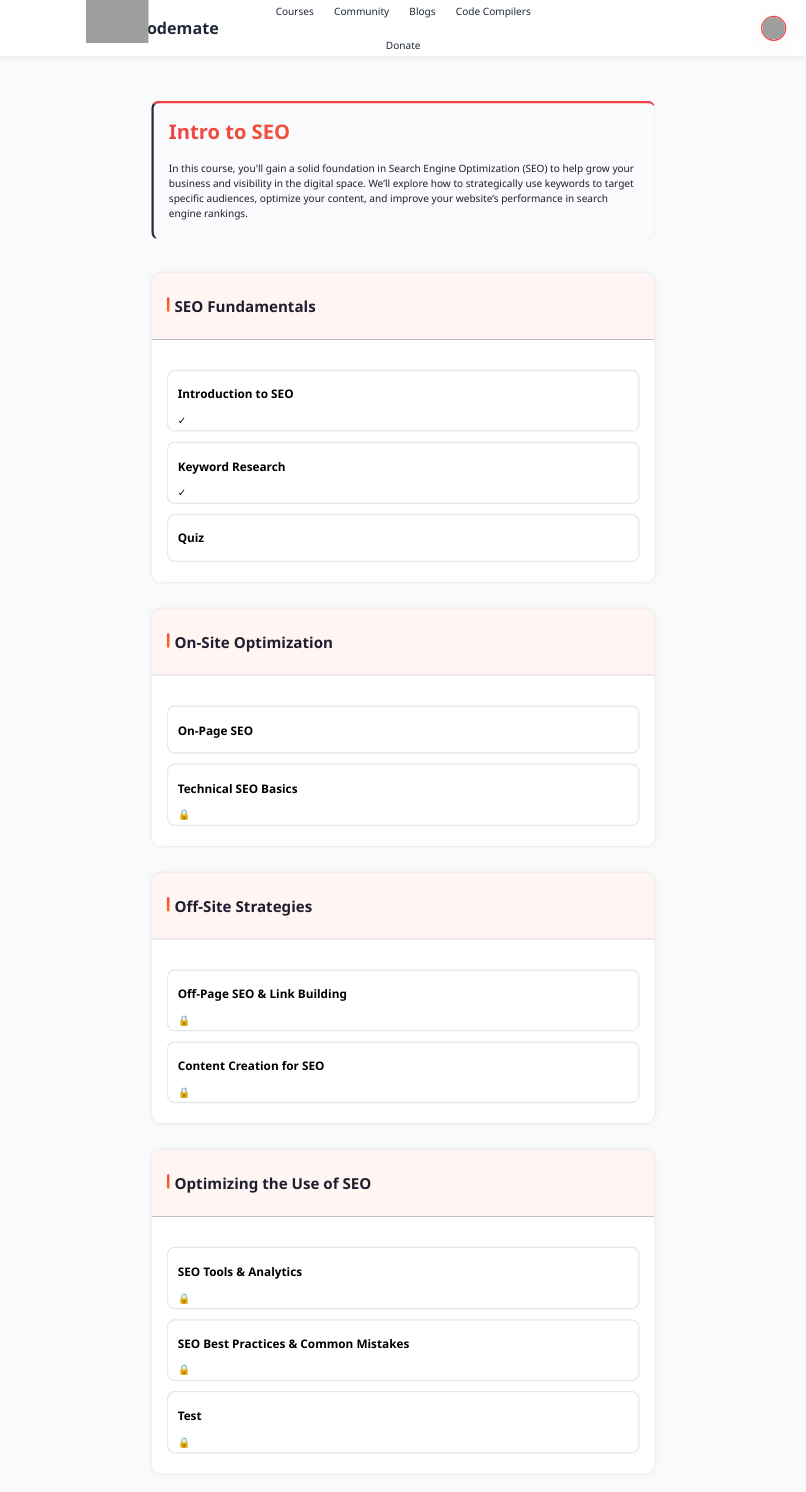
Repository: Duskofnight/code-website
Page: intro-to-seo.html
These files come from the project's save history. The page is drawn as it stood at one moment and after the next save; the edit follows.
The browser window is 1280 px wide. The pictures show the whole page, at 63% of full size.
Pictures or frames that could not be fetched are drawn as grey boxes.

Above is the page before, as saved 2025-08-12 19:05:17.

### intro-to-seo.html
<!DOCTYPE html>
    <head>
        <meta charset="UTF-8">
        <meta lang="en">
        <meta name="viewport" content="width=device-width, initial-scale=1.0">
        <title>Intro to SEO</title>
        <link rel="stylesheet" href="/intro-to-seo.css">
    </head>
    <body>
        <header class="header">

            <div class="landing-page-container-codemate-logo">
            <a href="home-page.html" class="logo-link">
                <img src="https://raw.githubusercontent.com/Duskofnight/codemate-assets/refs/heads/main/codemate-nologo-transparent-red.png" class="landing-page-codemate-logo" alt="Codemate Logo">
                <h2>codemate</h2>
            </a>
            </div>

            <nav class="navbar">
            <a href="courses-page.html" class="nav-link">Courses</a>
            <a href="community.html" class="nav-link">Community</a>
            <a href="blogs-page.html" class="nav-link">Blogs</a>
            <a href="code-compilers.html" class="nav-link">Code Compilers</a>
            <a href="donate.html" class="nav-link">Donate</a>
            </nav>

            <div class="header-profile">
                <img src="https://images.pexels.com/photos/414612/pexels-photo-414612.jpeg?cs=srgb&dl=pexels-souvenirpixels-414612.jpg&fm=jpg" class="header-profile-pic" id="header-profile-pic">
                <div class="dropdown" id="dropdownMenu">

                <a href="#"><i class="fas fa-user"></i>Profile</a>
                <a href="#"><i class="fas fa-cog"></i> Settings</a>
                <a href="#"><i class="fas fa-question-circle"></i> Help</a>
                <a onclick="logout()"><i class="fas fa-sign-out-alt"></i> Log Out</a>
            </div>
            </div>

            <div class="topnav">
            <div id="myLinks">
                <a href="courses-page.html" class="nav-link"><h4>Courses</h4></a>
                <a href="community.html" class="nav-link"><h4>Community</h4></a>
                <a href="blogs-page.html" class="nav-link"><h4>Blogs</h4></a>
                <a href="code-compilers" class="nav-link"><h4>Code Compilers</h4></a>
                <a href="account" class="nav-link"><h4>Account</h4></a>
            </div>
            <div class="menu-icon" onclick="myFunction()">
                <span class="bar1"></span>
                <span class="bar2"></span>
                <span class="bar3"></span>
            </div>
            </div>

        </header>


        <div class="lesson-head">
            <h1 class="intro-title">Intro to SEO</h1>
            <p id="lesson-head-description">In this course, you'll gain a solid foundation in Search Engine Optimization (SEO) to help grow your business and visibility in the digital space. We’ll explore how to strategically use keywords to target specific audiences, optimize your content, and improve your website’s performance in search engine rankings.</p>
        </div>

        <section class="course-container">
        <div class="course-box">
            <div class="course-box-header">
                <h2>SEO Fundamentals</h2>
            </div>
            <a href="./intro-to-seo/seo-introduction.html">
                <div class="lesson introduction">
                    <h3>Introduction to SEO</h3>
                </div>
            </a>
            <a href="./intro-to-seo/keyword-research.html">
            <div class="lesson keyword">
                <h3>Keyword Research</h3>
            </div>
            </a>
            <a href="./intro-to-seo/seo-quiz.html">
            <div class="quiz">
                <h3>Quiz</h3>
            </div>
            </a>
        </div>

        <div class="course-box">
            <div class="course-box-header">
                <h2>On-Site Optimization</h2>
            </div>
            <div class="lesson on-page">
                <a href="./intro-to-seo/on-page-seo.html">
                <h3>On-Page SEO</h3>
            </div>
            </a>
            <a href="./intro-to-seo/technical-seo.html">
            <div class="lesson technical">
                <h3>Technical SEO Basics</h3>
            </div>
            </a>
        </div>
        <div class="course-box">
            <div class="course-box-header">
                <h2>Off-Site Strategies</h2>
            </div>
            <a href="./intro-to-seo/off-page.html">
            <div class="lesson off-page">
                <h3>Off-Page SEO & Link Building</h3>
            </div>
            </a>
            <a href="./intro-to-seo/content-creation-seo.html">
            <div class="lesson content-creation">
                <h3>Content Creation for SEO</h3>
            </div>
            </a>
        </div>
        <div class="course-box">
            <div class="course-box-header">
                <h2>Optimizing the Use of SEO</h2>
            </div>
            <a href="./intro-to-seo/seo-tools-and-analytics.html">
            <div class="lesson tools">
                <h3>SEO Tools & Analytics</h3>
            </div>
            </a>
            <a href="./intro-to-seo/seo-best-practices.html">
            <div class="lesson best-practices">
                <h3>SEO Best Practices & Common Mistakes</h3>
            </div>
            </a>
            <a href="./intro-to-seo/seo-test">
            <div class="test                                                                                                                                                                                                                                ">
                <h3>Test</h3>
            </div>
            </a>
        </div>
        </section>



        <script src="/intro-to-seo.js"></script>
    </body>
</html>

### intro-to-seo.css
:root {
  --primary: #F9F9FA;
  --accent: #f53333;
  --text: #1E1E2F;
  --secondary: #2C2C3E;

  --primary-bg: #fefefe;
  --secondary-bg: #ffffff;
  --tertiary-bg: #f8f9fa;
  --card-bg: rgba(255, 255, 255, 0.95);
  --glass-bg: rgba(255, 255, 255, 0.8);
  --accent-primary: #ef4444;
  --accent-secondary: #dc2626;
  --accent-tertiary: #b91c1c;
  --accent-coral: #f97316;
  --accent-pink: #ec4899;
  --text-primary: #1f2937;
  --text-secondary: #6b7280;
  --text-muted: #9ca3af;
  --border-primary: rgba(239, 68, 68, 0.15);
  --border-secondary: rgba(0, 0, 0, 0.06);


  --gradient-primary: linear-gradient(135deg, var(--accent-primary), var(--accent-coral));
  --gradient-secondary: linear-gradient(135deg, var(--accent-secondary), var(--accent-pink));
  --gradient-bg: linear-gradient(135deg, var(--primary-bg), var(--secondary-bg));
  --gradient-card: linear-gradient(135deg, rgba(255, 255, 255, 1), rgba(248, 249, 250, 1));


  --shadow-primary: 0 8px 32px rgba(239, 68, 68, 0.08);
  --shadow-secondary: 0 8px 32px rgba(220, 38, 38, 0.08);
  --shadow-card: 0 16px 40px rgba(0, 0, 0, 0.04);
  --shadow-glow: 0 0 20px rgba(239, 68, 68, 0.15);


  --transition-fast: 0.2s cubic-bezier(0.4, 0, 0.2, 1);
  --transition-smooth: 0.3s cubic-bezier(0.4, 0, 0.2, 1);
  --transition-bounce: 0.4s cubic-bezier(0.175, 0.885, 0.32, 1.275);
}



*,
*::before,
*::after {
  box-sizing: border-box;
}

body {
  font-family: 'Segoe UI', sans-serif;
  background: #F8FAFC;
  color: var(--text);
  padding: 0 1.5rem;

}



.header {
  position: fixed;
  top: 0;
  left: 0;
  width: 100%;
  background: #ffffff;
  color: var(--text-primary);
  border-bottom: 1px solid var(--border-secondary);
  box-shadow: 0 2px 10px rgba(0, 0, 0, 0.08);
  z-index: 1000;
  padding: 0 2rem;
  display: flex;
  justify-content: space-between;
  box-sizing: border-box;
  align-items: center;
  height: 90px;
}

.landing-page-container-codemate-logo a {
  display: flex;
  align-items: center;
  flex: 1;
  text-decoration: none;
  color: inherit;
  pointer-events: none;
}

.landing-page-container-codemate-logo a img,
.landing-page-container-codemate-logo a h2 {
  pointer-events: auto;
}

.landing-page-container-codemate-logo,
.navbar {
  flex: 1;
  display: flex;
  align-items: center;
  justify-content: center;
}


.landing-page-codemate-logo {
  height: 100px;
  width: 100px;
  object-fit: contain;
  margin-left: 6.5em;
  position: relative;
  bottom: 0.8rem;
  margin-right: -1rem;
}



.landing-page-container-codemate-logo h2 {
  font-size: 1.6rem;
  margin: 0;
  position: static;
  white-space: nowrap;
  color: var(--text-primary)
}

.navbar {
  gap: 2rem;
  flex-wrap: wrap;
  color: var(--text-primary)
}

.nav-link {
  text-decoration: none;
  color: inherit;
}

.nav-link:hover, .header .login-button:hover {
  color: var(--accent);
}

.header-profile {
  flex: 1;
  display: flex;
  justify-content: flex-end;
}

.header-profile-pic {
  border-radius: 50%;
  width: 40px;
  height: 40px;
  display: block;
  border: 2px solid var(--accent-primary);
  box-shadow: var(--shadow-primary);
  transition: var(--transition-smooth);
  cursor: pointer;
}


.dropdown {
  position: absolute;
  top: 80px;
  right: 1rem;
  background: #fff;
  border-radius: 10px;
  box-shadow: 0 6px 12px rgba(0,0,0,0.1);
  width: 220px;
  display: none;
  z-index: 999;
  padding: 0.8rem 0.5rem;
}

.dropdown.show {
  display: block;
}



.dropdown a {
  display: flex;
  align-items: center;
  padding: 0.8rem 1rem;
  text-decoration: none;
  color: #333;
  transition: background 0.2s;
  cursor: pointer;
}

.dropdown a:hover {
  background: #f0f0f0;
}

.dropdown a i {
  margin-right: 10px;
  color: #666;
}


.topnav {
  display: none;
  cursor: pointer;
}


.intro-title {
  font-size: 2rem;
  background: var(--gradient-primary);
  -webkit-background-clip: text;
  -webkit-text-fill-color: transparent;
  background-clip: text;
  font-weight: 800;

}

.lesson-head {
  text-align: left;
  margin: 0 auto;
  margin-top: 10rem;
  border: 1px solid var(--border-secondary);
  border-top: 4px solid var(--accent-primary);
  border-left: 4px solid var(--secondary);
  border-radius: 12px;
  max-width: 800px;
  padding: 1.5rem;
  padding-top: 0;
  padding-bottom: 12px;
  line-height: 1.5;
  margin-bottom: 1.5rem;
}

.lesson-head-description {
  color: #1E1E2F;
}









.course-container {
  display: flex;
  flex-direction: column;
  max-width: 800px;
  width: 100%;
  margin: 0 auto;
  margin-top: 2rem;
}

.course-box {
  margin: 1.25rem 0;
  background: white;
  border-radius: 16px;
  box-shadow: var(--shadow-md);
  border: 1px solid #e2e8f0;
  overflow: hidden;
  transition: var(--transition);
  width: 100%;
  max-width: 800px;
  padding: 1rem 1.5rem;
  box-shadow: 0 0 10px rgba(0,0,0,0.05);
  animation: slideUp 0.6s ease-out;
  transition: var(--transition-smooth);
}

.course-box:hover {
  transform: translateY(-4px);
  box-shadow: 0 20px 60px rgba(239, 68, 68, 0.06);
}

div > h2::before {
  content: '';
  width: 4px;
  height: 23px;
  background: var(--gradient-primary);
  border-radius: 2px;
  display: inline-block;
  margin-right: 0.5rem;

}


.course-box-header {
  background: rgba(255, 68, 0, 0.05);
  border-bottom: 1px solid #1E1E2F;
  border-top-left-radius: 16px;
  border-top-right-radius: 16px;
  margin: -1rem -1.5rem 3rem -1.5rem;
  padding: 1rem 1.5rem;

}



.quiz, .test, .lesson {
  display: flex;
  flex-wrap: wrap;
  flex-direction: column;
  border: 2px solid #e2e8f0;
  background-color: white;
  margin: 0 auto;
  margin-bottom: 1rem;
  margin-top: 1rem;
  max-width: 900px;
  padding: 5px;
  padding-left: 15px;
  text-align: left;
  border-radius: 12px;
  animation: slideUp 0.4s ease-out;
  transition: var(--transition-smooth);
}

.lesson:hover, .quiz:hover, .test:hover {
  background: rgba(255, 68, 0, 0.05);
  box-shadow: var(--shadow-md);
  transform: translateX(4px);
  border-color: var(--accent-coral);
}

.lesson:hover::before, .quiz:hover::before, .test:hover::before {
  transform: scaleY(1);
}

.lesson:hover h3, .quiz:hover h3, .test:hover h3 {
  color: var(--accent-coral);
}


a {
  text-decoration: none;
  color: black;
}








@media (max-width: 1070px) and (min-width: 500px) {
  .navbar,
  .buttons, .header-profile {
    display: none;
  }

  .topnav {
    display: flex;
    flex-direction: column;
    align-items: flex-end;
    position: relative;
    z-index: 1000;
    width: 100%;
  }




  #myLinks {
    display: flex;
    position: fixed;
    top: 89px;
    left: 0;
    background-color: var(--primary);
    width: 100vw;
    height: 0;
    overflow: hidden;
    overflow-y: auto;
    z-index: 999;
    -webkit-overflow-scrolling: touch;
    box-sizing: border-box;
    transition: height 0.4s ease;
    display: flex;
    flex-direction: column;
    align-items: left;
    pointer-events: none;
  }



  #myLinks a {
    display: block;
    padding-left: 10px;
    color: var(--text);
    text-decoration: none;
    text-align: left;
    font-size: 1.75rem;
    opacity: 0;
    transform: translateY(20px);
    transition: opacity 0.4s ease, transform 0.4s ease;
  }



#myLinks.show {

  height: calc(100vh - 60px);

  pointer-events: auto;
}


#myLinks.show a {

  opacity: 1;
  transform: translateY(0);
}


.menu-icon {
  width: 30px;
  height: 22px;
  position: relative;
  cursor: pointer;
  display: inline-block;
  padding: 15px;
  color: white;
  margin-right: 30px;
  margin: 10px 30px 0 0;
}

.menu-icon span {
  background-color: black;
  display: block;
  position: absolute;
  height: 4px;
  width: 100%;
  border-radius: 2px;
  opacity: 1;
  left: 0;
  transition: all 0.3s ease;
}

.menu-icon .bar1 {
  top: 0;
}

.menu-icon .bar2 {
  top: 9px;
}

.menu-icon .bar3 {
  top: 18px;
}

.menu-icon.active .bar1 {
  transform: rotate(45deg);
  top: 9px;
}

.menu-icon.active .bar2 {
  opacity: 0;
}

.menu-icon.active .bar3 {
  transform: rotate(-45deg);
  top: 9px;
}

#myLinks.show a:nth-child(1) { transition-delay: 0.1s; }
#myLinks.show a:nth-child(2) { transition-delay: 0.2s; }
#myLinks.show a:nth-child(3) { transition-delay: 0.3s; }



  .topnav-buttons {
    display: flex;
    justify-content: center;
    padding-top: 3.5rem;
    gap: 10px;
    border-top: 1px solid white;

  }

  #myLinks > :first-child {
    padding-top: 0.5rem;
  }

  #myLinks > :last-child {
    padding-top: 4rem;
  }

  .landing-page-codemate-logo {
    margin-left: 1em;
  }

  .header {
    display: flex;
    justify-content: space-between;
    align-items: center;
    padding: 0;
  }
}


@media (max-width: 500px) {


  .landing-page-codemate-logo {
    margin-left: 1em;
  }

  .header {
    display: flex;
    justify-content: space-between;
    align-items: center;
    padding: 0;
  }



  .navbar,
  .buttons, .header-profile {
    display: none;
  }

  .topnav {
    display: flex;
    flex-direction: column;
    align-items: flex-end;
    position: relative;
    z-index: 1000;
    width: 100%;
  }




  #myLinks {
    display: flex;
    position: fixed;
    top: 99px;
    left: 0;
    background-color: var(--primary);
    width: 100vw;
    height: 0;
    overflow: hidden;
    overflow-y: auto;
    z-index: 999;
    -webkit-overflow-scrolling: touch;
    box-sizing: border-box;
    border-top: 1px solid white;
    transition: height 0.4s ease;
    display: flex;
    flex-direction: column;
    align-items: left;
    pointer-events: none;
  }



  #myLinks a {
    display: block;
    padding-left: 10px;
    color: var(--text);
    text-decoration: none;
    text-align: left;
    font-size: 1.75rem;
    opacity: 0;
    transform: translateY(20px);
    transition: opacity 0.4s ease, transform 0.4s ease;
  }



#myLinks.show {

  height: calc(100vh - 60px);

  pointer-events: auto;
}


#myLinks.show a {

  opacity: 1;
  transform: translateY(0);
}


.menu-icon {
  width: 30px;
  height: 22px;
  position: relative;
  cursor: pointer;
  display: inline-block;
  padding: 15px;
  color: white;
  margin-right: 30px;
  margin: 10px 30px 0 0;
}

.menu-icon span {
  background-color: black;
  display: block;
  position: absolute;
  height: 4px;
  width: 100%;
  border-radius: 2px;
  opacity: 1;
  left: 0;
  transition: all 0.3s ease;
}

.menu-icon .bar1 {
  top: 0;
}

.menu-icon .bar2 {
  top: 9px;
}

.menu-icon .bar3 {
  top: 18px;
}

.menu-icon.active .bar1 {
  transform: rotate(45deg);
  top: 9px;
}

.menu-icon.active .bar2 {
  opacity: 0;
}

.menu-icon.active .bar3 {
  transform: rotate(-45deg);
  top: 9px;
}

#myLinks.show a:nth-child(1) { transition-delay: 0.1s; }
#myLinks.show a:nth-child(2) { transition-delay: 0.2s; }
#myLinks.show a:nth-child(3) { transition-delay: 0.3s; }



  .topnav-buttons {
    display: flex;
    justify-content: center;
    padding-top: 3.5rem;
    gap: 10px;
    border-top: 1px solid white;

  }

  #myLinks > :first-child {
    padding-top: 0.5rem;
  }

  #myLinks > :last-child {
    padding-top: 4rem;
  }
}

### intro-to-seo.js
function myFunction() {
  const menu = document.getElementById("myLinks");
  const menuIcon = document.querySelector(".menu-icon");

  menu.classList.toggle("show");
  menuIcon.classList.toggle("active");
}



function logout() {
  localStorage.removeItem("token");
  window.location.href = "/login-page.html";
}


// Lesson completion tracking
const lessonProgress = {
    completed: ['introduction', 'keyword'], // Example completed lessons
    current: 'on-page', // Current lesson
    unlocked: ['introduction', 'keyword', 'seo-quiz', 'on-page'] // Unlocked lessons
};

// Initialize lesson states on page load
document.addEventListener('DOMContentLoaded', function() {
    initializeLessonStates();
});

function initializeLessonStates() {
    const lessons = document.querySelectorAll('.lesson, .quiz, .test');

    lessons.forEach(lesson => {
        const lessonId = getLessonId(lesson);

        // Add completion status
        if (lessonProgress.completed.includes(lessonId)) {
            lesson.classList.add('completed');
            addCheckmark(lesson);
        } else if (lessonProgress.unlocked.includes(lessonId)) {
            lesson.classList.add('unlocked');
        } else {
            lesson.classList.add('locked');
            addLockIcon(lesson);
            lesson.style.pointerEvents = 'none';
        }

        // Mark current lesson
        if (lessonProgress.current === lessonId) {
            lesson.classList.add('current');
        }
    });
}

function getLessonId(lesson) {
    // Extract lesson ID from class names or href
    if (lesson.classList.contains('introduction')) return 'introduction';
    if (lesson.classList.contains('keyword')) return 'keyword';
    if (lesson.classList.contains('on-page')) return 'on-page';
    if (lesson.classList.contains('technical')) return 'technical';
    if (lesson.classList.contains('off-page')) return 'off-page';
    if (lesson.classList.contains('content-creation')) return 'content-creation';
    if (lesson.classList.contains('tools')) return 'tools';
    if (lesson.classList.contains('best-practices')) return 'best-practices';

    // For quiz and test
    const parent = lesson.closest('a');
    if (parent && parent.href.includes('seo-quiz')) return 'seo-quiz';
    if (parent && parent.href.includes('seo-test')) return 'seo-test';

    return 'unknown';
}

function addCheckmark(lesson) {
    const checkmark = document.createElement('span');
    checkmark.className = 'lesson-checkmark';
    checkmark.innerHTML = '✓';
    lesson.appendChild(checkmark);
}

function addLockIcon(lesson) {
    const lockIcon = document.createElement('span');
    lockIcon.className = 'lesson-lock';
    lockIcon.innerHTML = '🔒';
    lesson.appendChild(lockIcon);
}

// Function to complete a lesson (call this when user finishes a lesson)
function completeLesson(lessonId) {
    if (!lessonProgress.completed.includes(lessonId)) {
        lessonProgress.completed.push(lessonId);

        // Unlock next lesson
        const nextLesson = getNextLesson(lessonId);
        if (nextLesson && !lessonProgress.unlocked.includes(nextLesson)) {
            lessonProgress.unlocked.push(nextLesson);
        }

        // Re-initialize states
        initializeLessonStates();
    }
}

function getNextLesson(currentLessonId) {
    const lessonOrder = [
        'introduction', 'keyword', 'seo-quiz',
        'on-page', 'technical',
        'off-page', 'content-creation',
        'tools', 'best-practices', 'seo-test'
    ];

    const currentIndex = lessonOrder.indexOf(currentLessonId);
    return currentIndex !== -1 && currentIndex < lessonOrder.length - 1
        ? lessonOrder[currentIndex + 1]
        : null;
}

After the next save:
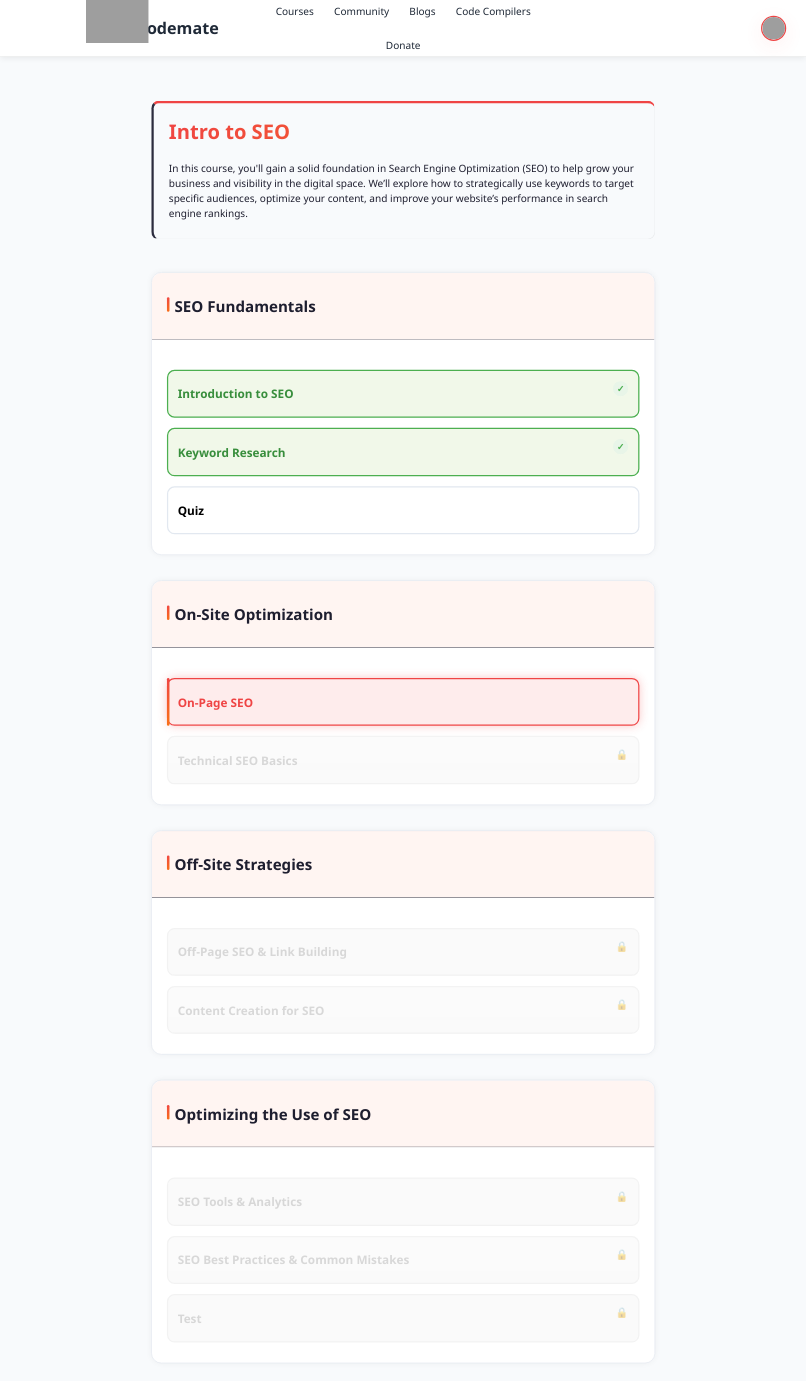
Saved 42 s later.
--- a/intro-to-seo.css
+++ b/intro-to-seo.css
@@ -332,6 +332,113 @@ a {
 
 
 
+.lesson.locked,
+.quiz.locked,
+.test.locked {
+    opacity: 0.4;
+    background-color: #f5f5f5 !important;
+    border-color: #e0e0e0 !important;
+    cursor: not-allowed;
+}
+
+.lesson.locked h3,
+.quiz.locked h3,
+.test.locked h3 {
+    color: #9e9e9e !important;
+}
+
+.lesson.locked:hover,
+.quiz.locked:hover,
+.test.locked:hover {
+    transform: none !important;
+    box-shadow: none !important;
+    background-color: #f5f5f5 !important;
+    border-color: #e0e0e0 !important;
+}
+
+.lesson.completed,
+.quiz.completed,
+.test.completed {
+    border-color: #4caf50 !important;
+    background-color: #f1f8e9 !important;
+}
+
+.lesson.completed h3,
+.quiz.completed h3,
+.test.completed h3 {
+    color: #388e3c !important;
+}
+
+.lesson.current,
+.quiz.current,
+.test.current {
+    border-color: var(--accent-primary) !important;
+    background-color: rgba(239, 68, 68, 0.1) !important;
+    box-shadow: 0 0 15px rgba(239, 68, 68, 0.3) !important;
+    position: relative;
+}
+
+.lesson.current::before,
+.quiz.current::before,
+.test.current::before {
+    content: '';
+    position: absolute;
+    left: -2px;
+    top: -2px;
+    bottom: -2px;
+    width: 4px;
+    background: var(--gradient-primary);
+    border-radius: 2px;
+    animation: pulse 2s infinite;
+}
+
+.lesson.current h3,
+.quiz.current h3,
+.test.current h3 {
+    color: var(--accent-primary) !important;
+    font-weight: 700 !important;
+}
+
+/* Icons */
+.lesson-checkmark,
+.lesson-lock {
+    position: absolute;
+    top: 1rem;
+    right: 1rem;
+    font-size: 1.2rem;
+    font-weight: bold;
+}
+
+.lesson-checkmark {
+    color: #4caf50;
+    background: #e8f5e8;
+    border-radius: 50%;
+    width: 24px;
+    height: 24px;
+    display: flex;
+    align-items: center;
+    justify-content: center;
+    font-size: 0.9rem;
+}
+
+.lesson-lock {
+    color: #757575;
+    font-size: 1rem;
+}
+
+.lesson,
+.quiz,
+.test {
+    position: relative;
+}
+
+
+
+
+
+
+
+
 
 @media (max-width: 1070px) and (min-width: 500px) {
   .navbar,
